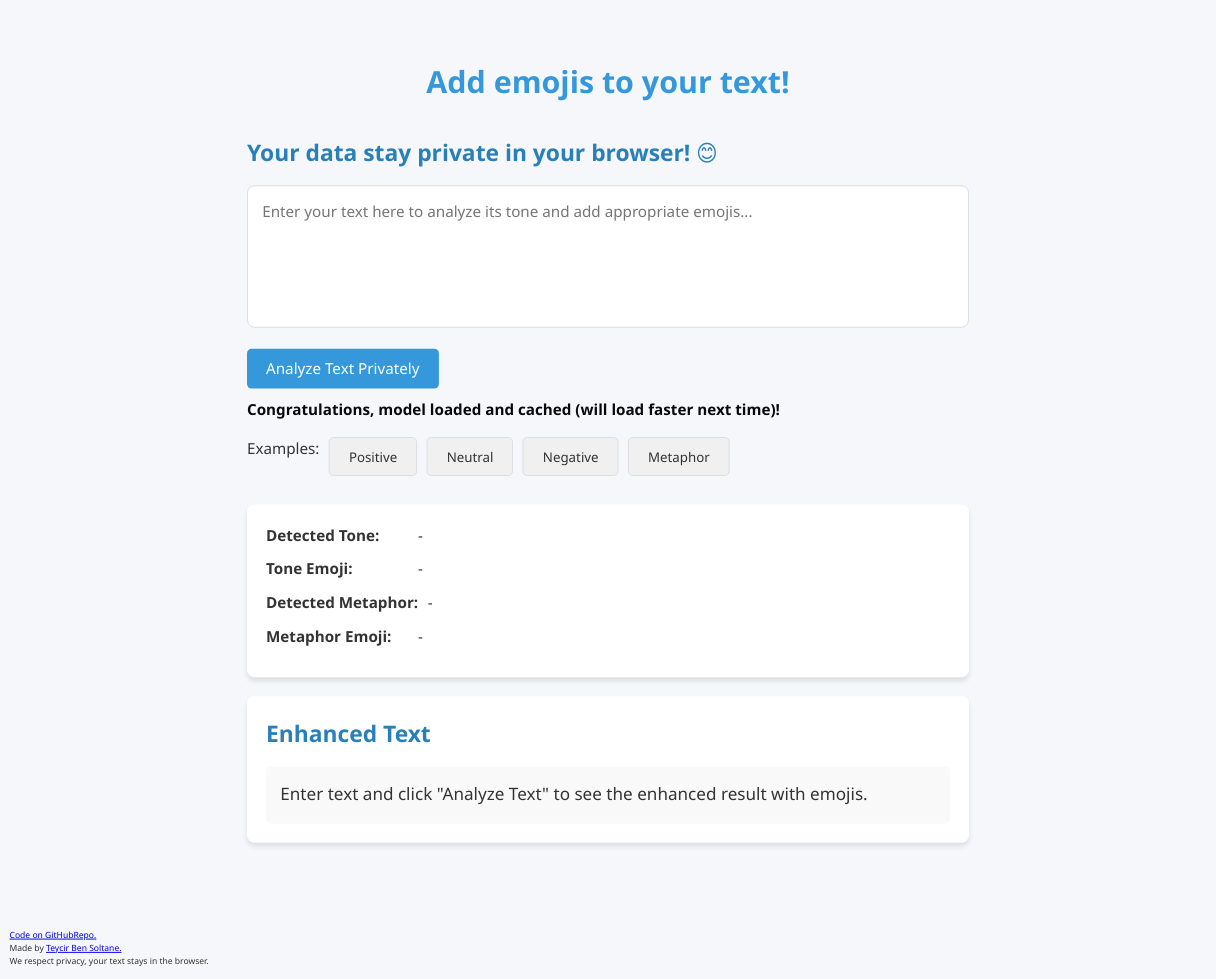
Repository: Teycir/emojiadder
Page: index.html
These files come from the project's save history. The page is drawn as it stood at one moment and after the next save; the edit follows.
The browser window is 1280 px wide. The pictures show the whole page, at 95% of full size.

Above is the page before, as saved 2025-03-23 15:35:18.

### index.html
<!DOCTYPE html>
<html lang="en">

<head>
  <link rel="icon" type="image/svg+xml" href="data:[embedded picture, 137 characters]" />
  <meta charset="UTF-8">
  <meta name="viewport" content="width=device-width, initial-scale=1.0">
  <title>Private Emoji adder</title>

  <!-- Preload critical resources -->
  <link rel="preload" href="https://cdn.jsdelivr.net/npm/@xenova/transformers@2.14.0/dist/transformers.min.js" as="script" />
  <link rel="modulepreload" href="./models/sentiment.worker.js" />
  <link rel="modulepreload" href="./models/SentimentModel.js" />
  <link rel="modulepreload" href="./TextToneDetector.js" />
  <link rel="modulepreload" href="./utils/EmojiUtils.js" />
  <link rel="modulepreload" href="./utils/MetaphorUtils.js" />

  <link rel="stylesheet" href="styles.css">

  <!-- Start loading the model worker early -->
  <script type="module">
      // Register service worker for model caching
      if ('serviceWorker' in navigator) {
          window.addEventListener('load', () => {
              navigator.serviceWorker.register('./service-worker.js')
                  .then(registration => {
                      console.log('Service Worker registered with scope:', registration.scope);
                  })
                  .catch(error => {
                      console.error('Service Worker registration failed:', error);
                  });
          });
      }

      // Create a hidden iframe to start loading the worker in parallel
      window.addEventListener('load', () => {
          setTimeout(() => {
              const modelLoader = new Worker('./models/sentiment.worker.js', { type: 'module' });
              window.preloadedModelWorker = modelLoader;
              console.log('Preloaded model worker');
          }, 0);
      });
  </script>
</head>

<body>
  <div class="container">

    <h1>Add emojis to your text! <br></h1>
      <h2>Your data stay private in your browser! 😊</h2>


    <div class="input-section">
      <textarea id="text-input"
        placeholder="Enter your text here to analyze its tone and add appropriate emojis..."></textarea>
      <button id="analyze-btn">Analyze Text Privately</button>
      <div id="init-label" style="color: black; font-weight: bold; margin-top: 10px;">Initializing, can take 10 seconds first time...</div>
      <div class="examples">
        <p>Examples:</p>
        <button class="example-btn"
          data-text="I'm so happy with the results! This is amazing.">Positive</button>
        <button class="example-btn" data-text="This is just okay, nothing special.">Neutral</button>
        <button class="example-btn" data-text="I'm really disappointed with this service.">Negative</button>
        <button class="example-btn"
          data-text="The journey to success is like climbing a mountain.">Metaphor</button>
      </div>
    </div>

    <div class="result-section">
      <div class="result-card">
        <div class="result-item">
          <div class="label">Detected Tone:</div>
          <div id="tone-result" class="value">-</div>
        </div>
        <div class="result-item">
          <div class="label">Tone Emoji:</div>
          <div id="tone-emoji" class="value">-</div>
        </div>
        <div class="result-item">
          <div class="label">Detected Metaphor:</div>
          <div id="metaphor-result" class="value">-</div>
        </div>
        <div class="result-item">
          <div class="label">Metaphor Emoji:</div>
          <div id="metaphor-emoji" class="value">-</div>
        </div>
      </div>
      <div class="enhanced-text-card">
        <h2>Enhanced Text</h2>
        <div id="enhanced-text-result">-</div>
      </div>
    </div>

    <!-- The loader container has been removed to allow uninterrupted text input.
         The initialization message is now displayed as a label in the input section.
         When model initialization is complete, script.js can update #init-label to "Congratulations, model loaded" and fade it out. -->

  </div>

  <!-- Note the type="module" to use ES modules (modules are deferred by default) -->
  <script type="module" src="./script.js"></script>
  <div style="top: 5px; left: 10px; font-size: xx-small; margin: 10px;">
      <a href="https://github.com/Teycir/emojiadder">
          Code on GitHubRepo.
      </a><br>
      Made by <a href="https://www.teycirbensoltane.tn">Teycir Ben Soltane.</a><br>
      We respect privacy, your text stays in the browser.
  </div>

</body>

</html>

### models/sentiment.worker.js
// Web Worker for loading and running the sentiment model
import { pipeline } from 'https://cdn.jsdelivr.net/npm/@xenova/transformers@2.14.0/dist/transformers.min.js';

// Store the pipeline instance
let sentimentPipeline = null;

// Handle messages from the main thread
self.onmessage = async function(event) {
  const { type, data } = event.data;

  switch (type) {
    case 'initialize':
      try {
        console.log('[Worker] Starting to load sentiment model...');

        // Initialize the sentiment analysis pipeline
        sentimentPipeline = await pipeline('sentiment-analysis', 'Xenova/distilbert-base-uncased-finetuned-sst-2-english');

        console.log('[Worker] Sentiment model loaded successfully');

        // Notify the main thread that the model is ready
        self.postMessage({ type: 'initialized', success: true });
      } catch (error) {
        console.error('[Worker] Error loading model:', error);
        self.postMessage({
          type: 'initialized',
          success: false,
          error: error.message
        });
      }
      break;

    case 'analyze':
      try {
        if (!sentimentPipeline) {
          throw new Error('Model not loaded yet');
        }

        const text = data.text;
        const result = await sentimentPipeline(text);

        self.postMessage({
          type: 'result',
          requestId: data.requestId,
          result: result[0]
        });
      } catch (error) {
        console.error('[Worker] Analysis error:', error);
        self.postMessage({
          type: 'result',
          requestId: data.requestId,
          error: error.message
        });
      }
      break;
  }
};

// Start preloading the model immediately when the worker is instantiated
console.log('[Worker] Worker initialized, preloading model...');
self.postMessage({ type: 'preloading' });

// Begin loading the model right away without waiting for a message
(async function() {
  try {
    console.log('[Worker] Auto-starting model initialization');
    sentimentPipeline = await pipeline('sentiment-analysis', 'Xenova/distilbert-base-uncased-finetuned-sst-2-english');
    console.log('[Worker] Model preloaded successfully');
    self.postMessage({ type: 'initialized', success: true });
  } catch (error) {
    console.error('[Worker] Error preloading model:', error);
    // We don't send an error here as we'll attempt to load again when requested
  }
})();

### models/SentimentModel.js
/**
 * Handles sentiment analysis using Transformers.js via Web Worker
 * Implements caching and background loading to improve performance
 */
class SentimentModel {
  // Static properties for caching
  static instance = null;
  static worker = null;
  static isInitializing = false;
  static initPromise = null;
  static requestCounter = 0;
  static pendingRequests = new Map();

  constructor() {
    console.log('SentimentModel constructor called');

    // Return existing instance if available
    if (SentimentModel.instance) {
      console.log('Returning cached SentimentModel instance');
      return SentimentModel.instance;
    }

    this.isLoaded = false;

    // Store this instance as the singleton
    SentimentModel.instance = this;

    // Initialize worker if not already created
    if (!SentimentModel.worker) {
      this._initWorker();
    }
  }

  /**
   * Initialize the Web Worker
   * @private
   */
  _initWorker() {
    console.log('Creating sentiment model worker');

    // Create a new worker
    SentimentModel.worker = new Worker('./models/sentiment.worker.js', { type: 'module' });

    // Set up message handler
    SentimentModel.worker.onmessage = (event) => {
      const { type, requestId, result, success, error } = event.data;

      switch (type) {
        case 'preloading':
          console.log('Model preloading started in worker');
          break;

        case 'initialized':
          console.log('Model initialization complete, success:', success);
          if (success) {
            this.isLoaded = true;
            if (SentimentModel.initPromise) {
              SentimentModel.isInitializing = false;
              SentimentModel.initPromise.resolve(true);
            }
          } else {
            if (SentimentModel.initPromise) {
              SentimentModel.isInitializing = false;
              SentimentModel.initPromise.reject(new Error(error || 'Model initialization failed'));
            }
          }
          break;

        case 'result':
          // Resolve the pending promise for this request
          const pendingRequest = SentimentModel.pendingRequests.get(requestId);
          if (pendingRequest) {
            if (error) {
              pendingRequest.reject(new Error(error));
            } else {
              pendingRequest.resolve(result);
            }
            SentimentModel.pendingRequests.delete(requestId);
          }
          break;
      }
    };

    // Handle worker errors
    SentimentModel.worker.onerror = (error) => {
      console.error('Worker error:', error);
      if (SentimentModel.initPromise && SentimentModel.isInitializing) {
        SentimentModel.isInitializing = false;
        SentimentModel.initPromise.reject(error);
      }
    };
  }

  /**
   * Initialize the sentiment analysis model
   * @returns {Promise} Resolves when model is loaded
   */
  async initialize() {
    // If model is already loaded, return immediately
    if (this.isLoaded) {
      console.log('Model already loaded, using cached instance');
      return Promise.resolve(true);
    }

    // If initialization is in progress, return the existing promise
    if (SentimentModel.isInitializing) {
      console.log('Model initialization already in progress, waiting...');
      return SentimentModel.initPromise;
    }

    // Create a new initialization promise
    SentimentModel.isInitializing = true;

    let promiseResolve, promiseReject;
    SentimentModel.initPromise = new Promise((resolve, reject) => {
      promiseResolve = resolve;
      promiseReject = reject;
    });

    // Store resolvers in the promise
    SentimentModel.initPromise.resolve = promiseResolve;
    SentimentModel.initPromise.reject = promiseReject;

    console.log('Requesting model initialization from worker');
    SentimentModel.worker.postMessage({ type: 'initialize' });

    return SentimentModel.initPromise;
  }

  /**
   * Analyze text sentiment
   * @param {string} text - Text to analyze
   * @returns {Object} Sentiment result
   */
  async analyze(text) {
    if (!SentimentModel.worker) {
      throw new Error('Worker not initialized');
    }

    // Create a promise for this specific request
    const requestId = ++SentimentModel.requestCounter;

    let resolveRequest, rejectRequest;
    const requestPromise = new Promise((resolve, reject) => {
      resolveRequest = resolve;
      rejectRequest = reject;
    });

    // Store the promise resolvers
    SentimentModel.pendingRequests.set(requestId, {
      resolve: resolveRequest,
      reject: rejectRequest
    });

    // Send the analysis request to the worker
    SentimentModel.worker.postMessage({
      type: 'analyze',
      data: {
        requestId,
        text
      }
    });

    return requestPromise;
  }
}

export default SentimentModel;

### utils/EmojiUtils.js
/**
 * Provides emoji-related functionality
 */
class EmojiUtils {
    constructor() {
      // Metaphor emoji mappings
      this.metaphorEmojis = {
        speed: ['🚀', '⚡', '💨', '🏃‍♂️'],
        strength: ['💪', '🦾', '🦁', '🐂'],
        growth: ['🌱', '🌳', '📈', '⬆️'],
        time: ['⏰', '⌛', '🕒', '📅'],
        money: ['💰', '💵', '💸', '💲'],
        success: ['🏆', '🥇', '🎖️', '🔝'],
        failure: ['👎', '📉', '❌', '💥'],
        idea: ['💡', '✨', '🧠', '🤔'],
        communication: ['💬', '📣', '📱', '✉️'],
        love: ['❤️', '💕', '💘', '🌹'],
        journey: ['🛣️', '🧭', '🧳', '🚶‍♂️'],
        competition: ['🏁', '🥊', '⚔️', '🎯'],
        health: ['🏥', '💊', '🩺', '🫀'],
        technology: ['📱', '💻', '🤖', '⚙️'],
        education: ['📚', '🎓', '✏️', '🧮'],
        nature: ['🌿', '🌳', '🌊', '🏔️'],
        celebration: ['🎉', '🎊', '🥂', '🎈']
      };

      // Tone emoji mappings
      this.toneEmojis = {
        positive: ['😊', '😄', '🥰', '✨', '👍', '🙌'],
        neutral: ['😐', '🤔', '🧐', '📝', '🔍', '💭'],
        negative: ['😔', '😢', '😞', '😠', '👎', '💔']
      };
    }

    /**
     * Get random emoji from a list
     * @param {Array} emojiList - List of emojis to choose from
     * @returns {string} - Random emoji
     */
    getRandomEmoji(emojiList) {
      if (!emojiList || emojiList.length === 0) {
        return '';
      }
      const randomIndex = Math.floor(Math.random() * emojiList.length);
      return emojiList[randomIndex];
    }

    /**
     * Get emoji for a tone
     * @param {string} tone - Tone to get emoji for
     * @returns {string} - Emoji
     */
    getToneEmoji(tone) {
      return this.getRandomEmoji(this.toneEmojis[tone] || []);
    }

    /**
     * Get emoji for a metaphor
     * @param {string} metaphor - Metaphor to get emoji for
     * @returns {string} - Emoji
     */
    getMetaphorEmoji(metaphor) {
      return metaphor ? this.getRandomEmoji(this.metaphorEmojis[metaphor] || []) : '';
    }
  }

  export default EmojiUtils;

### styles.css
* {
    margin: 0;
    padding: 0;
    box-sizing: border-box;
    font-family: 'Segoe UI', Tahoma, Geneva, Verdana, sans-serif;
}

body {
    background-color: #f5f7fa;
    color: #333;
    line-height: 1.6;
}

.container {
    max-width: 800px;
    margin: 40px auto;
    padding: 20px;
}

h1 {
    text-align: center;
    margin-bottom: 30px;
    color: #3498db;
}

h2 {
    color: #2980b9;
    margin-bottom: 15px;
}

.input-section {
    margin-bottom: 30px;
}

textarea {
    width: 100%;
    height: 150px;
    padding: 15px;
    border: 1px solid #ddd;
    border-radius: 8px;
    resize: none;
    font-size: 16px;
    margin-bottom: 15px;
    transition: border 0.3s;
}

textarea:focus {
    outline: none;
    border-color: #3498db;
}

button {
    background-color: #3498db;
    color: white;
    border: none;
    padding: 10px 20px;
    border-radius: 5px;
    cursor: pointer;
    font-size: 16px;
    transition: background-color 0.3s;
}

button:hover {
    background-color: #2980b9;
}

button:disabled {
    background-color: #95a5a6;
    cursor: not-allowed;
}

.result-section {
    display: flex;
    flex-direction: column;
    gap: 20px;
    margin-bottom: 30px;
}

.result-card, .enhanced-text-card {
    background-color: white;
    border-radius: 8px;
    padding: 20px;
    box-shadow: 0 4px 6px rgba(0, 0, 0, 0.1);
}

.result-item {
    margin-bottom: 10px;
    display: flex;
    align-items: center;
}

.label {
    font-weight: bold;
    margin-right: 10px;
    min-width: 150px;
}

#enhanced-text-result {
    padding: 15px;
    background-color: #f9f9f9;
    border-radius: 5px;
    font-size: 18px;
    min-height: 60px;
    line-height: 1.5;
}

.examples-section {
    margin-top: 30px;
}

.examples {
    display: flex;
    flex-wrap: wrap;
    gap: 10px;
    margin-top: 15px;
}

.example-btn {
    background-color: #f0f0f0;
    color: #333;
    border: 1px solid #ddd;
    font-size: 14px;
}

.example-btn:hover {
    background-color: #e0e0e0;
}

/* Tone colors */
.positive {
    color: #27ae60;
}

.neutral {
    color: #f39c12;
}

.negative {
    color: #e74c3c;
}

/* Loader Styles */
.loader-container {
    position: fixed;
    top: 0;
    left: 0;
    width: 100%;
    height: 100%;
    background-color: rgba(255, 255, 255, 0.9);
    display: flex;
    flex-direction: column;
    justify-content: center;
    align-items: center;
    z-index: 1000;
}

.loader {
    border: 5px solid #f3f3f3;
    border-top: 5px solid #3498db;
    border-radius: 50%;
    width: 50px;
    height: 50px;
    animation: spin 1s linear infinite;
    margin-bottom: 20px;
}

@keyframes spin {
    0% { transform: rotate(0deg); }
    100% { transform: rotate(360deg); }
}

/* Responsive design */
@media (max-width: 600px) {
    .container {
        padding: 15px;
        margin: 20px auto;
    }

    .result-item {
        flex-direction: column;
        align-items: flex-start;
    }

    .label {
        margin-bottom: 5px;
    }

    .examples {
        flex-direction: column;
    }
}

### script.js
import TextToneDetector from './TextToneDetector.js';

// DOM event listeners
document.addEventListener('DOMContentLoaded', () => {
  console.log('DOM content loaded, initializing application');

  // DOM elements
  const textInput = document.getElementById('text-input');
  const analyzeBtn = document.getElementById('analyze-btn');
  const toneResult = document.getElementById('tone-result');
  const toneEmoji = document.getElementById('tone-emoji');
  const metaphorResult = document.getElementById('metaphor-result');
  const metaphorEmoji = document.getElementById('metaphor-emoji');
  const enhancedTextResult = document.getElementById('enhanced-text-result');
  const exampleBtns = document.querySelectorAll('.example-btn');
  const initLabel = document.getElementById('init-label');

  // Unlike before, the analyze button remains enabled during model initialization.
  // Remove any loader display code since initialization message is shown as a label.

  // Create detector instance
  console.log('Creating TextToneDetector instance');
  const toneDetector = new TextToneDetector();

  // Start model initialization asynchronously.
  // If TextToneDetector provides an initialization method or a ready promise,
  // replace the simulated delay with that. Here we simulate a 3-second initialization delay.
  (async function initModel() {
    await new Promise(resolve => setTimeout(resolve, 3000));
    // Model initialization is complete.
    initLabel.textContent = "Congratulations, model loaded and cached (will load faster next time)!";
    initLabel.style.transition = "opacity 2s";
    // Fade out the initialization label after 2 seconds.
    setTimeout(() => {
      initLabel.style.opacity = 0;
    }, 2000);
  })();

  // Add event listener to limit textarea to 400 lines and alert if exceeded
  textInput.addEventListener('input', function() {
    const lines = this.value.split('\n');
    if (lines.length > 400) {
      alert("400 max lines allowed!");
      this.value = lines.slice(0, 400).join('\n');
    }
  });

  // Analyze text function
  async function analyzeText() {
    const text = textInput.value.trim();

    if (!text) {
      alert('Please enter some text to analyze.');
      return;
    }

    // Optionally disable the analyze button during analysis to prevent duplicate clicks.
    analyzeBtn.disabled = true;
    analyzeBtn.textContent = 'Analyzing...';

    try {
      const result = await toneDetector.analyze(text);

      // Display results
      toneResult.textContent = result.tone.charAt(0).toUpperCase() + result.tone.slice(1);
      toneResult.className = result.tone;

      toneEmoji.textContent = result.toneEmoji || 'None';

      metaphorResult.textContent = result.metaphor
        ? result.metaphor.charAt(0).toUpperCase() + result.metaphor.slice(1)
        : 'None detected';

      metaphorEmoji.textContent = result.metaphorEmoji || 'None';

      enhancedTextResult.textContent = result.enhancedText;
    } catch (error) {
      console.error('Error in analysis:', error);
      enhancedTextResult.textContent = 'An error occurred during analysis. Please try again.';
    } finally {
      // Reset button
      analyzeBtn.disabled = false;
      analyzeBtn.textContent = 'Analyze Text';
    }
  }

  // Event listeners
  analyzeBtn.addEventListener('click', analyzeText);

  textInput.addEventListener('keydown', function(e) {
    if (e.key === 'Enter' && e.ctrlKey) {
      analyzeText();
    }
  });

  // Example buttons
  exampleBtns.forEach(btn => {
    btn.addEventListener('click', function() {
      const exampleText = this.getAttribute('data-text');
      textInput.value = exampleText;
      analyzeText();
    });
  });

  // Initial instructions
  enhancedTextResult.textContent = 'Enter text and click "Analyze Text" to see the enhanced result with emojis.';
});

// Function to append the metaphor emoji to the end of the provided text if detected
function appendMetaphorEmoji(text, metaphorEmoji) {
  if (metaphorEmoji && metaphorEmoji.trim() !== '' && metaphorEmoji !== 'None') {
    return text + " " + metaphorEmoji;
  }
  return text;
}

Loaded but not shown: utils/MetaphorUtils.js (348 lines, source omitted); TextToneDetector.js (184 lines, source omitted)

After the next save:
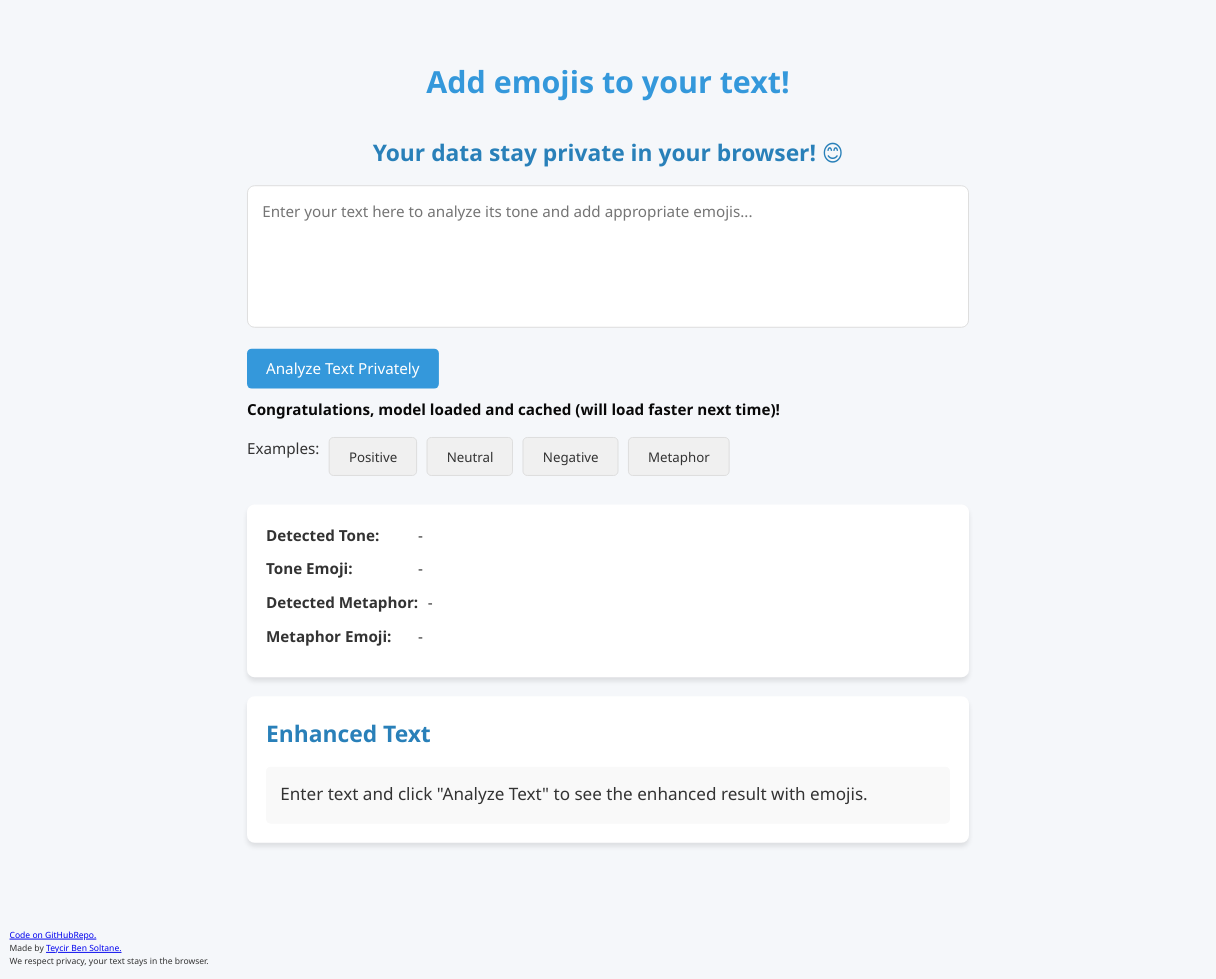
Saved 37 s later.
--- a/index.html
+++ b/index.html
@@ -47,7 +47,7 @@
   <div class="container">
 
     <h1>Add emojis to your text! <br></h1>
-      <h2>Your data stay private in your browser! 😊</h2>
+      <center><h2>Your data stay private in your browser! 😊</h2></center>
 
 
     <div class="input-section">
